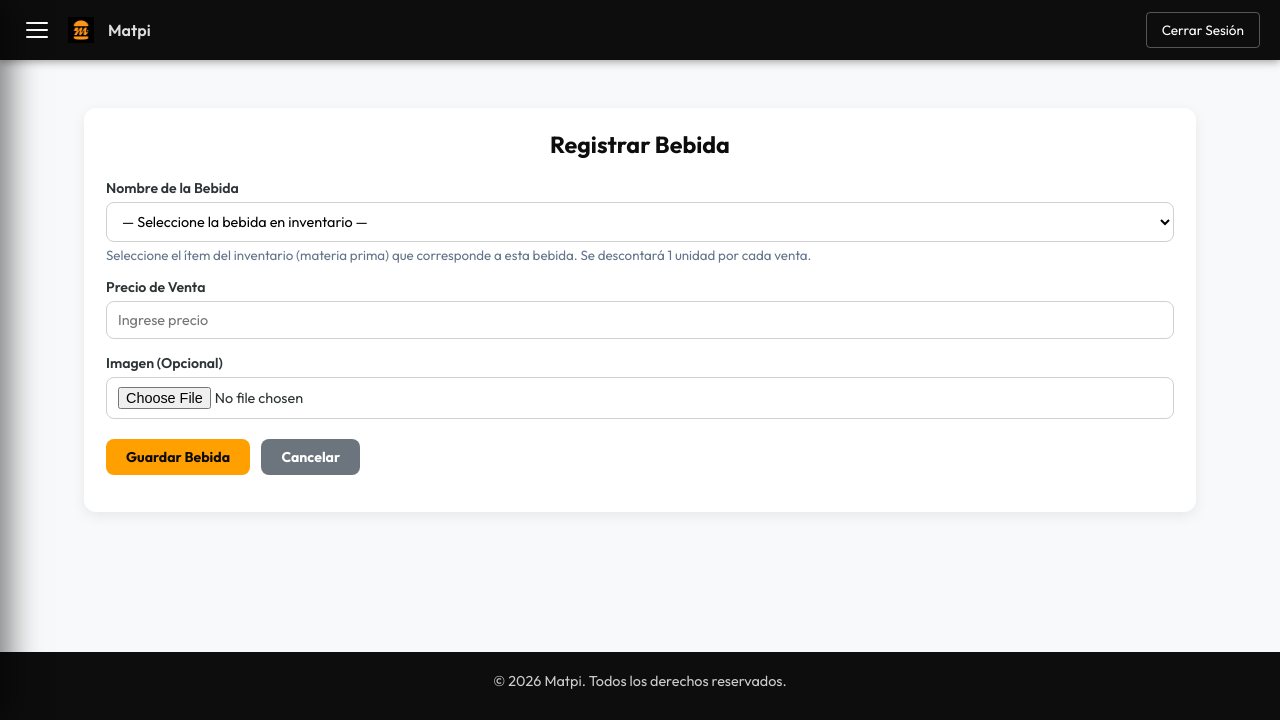
Repository: JuanFelipeNieto/MATPI-Python
Page: MATPI/productos/templates/productos/registrar_bebida.html
An editor plug-in stored every save of this project. The page is shown before and after the next save, followed by the edit.
The browser window is 1280 px wide. The pictures show the whole page.
The template is drawn by Django 5.2. The application's start-up code is not run. The template is opened directly, without the code that normally fills it, so the values that code supplies are empty.

Above is the page before, as saved 2026-03-19 08:20:58.

After the next save:
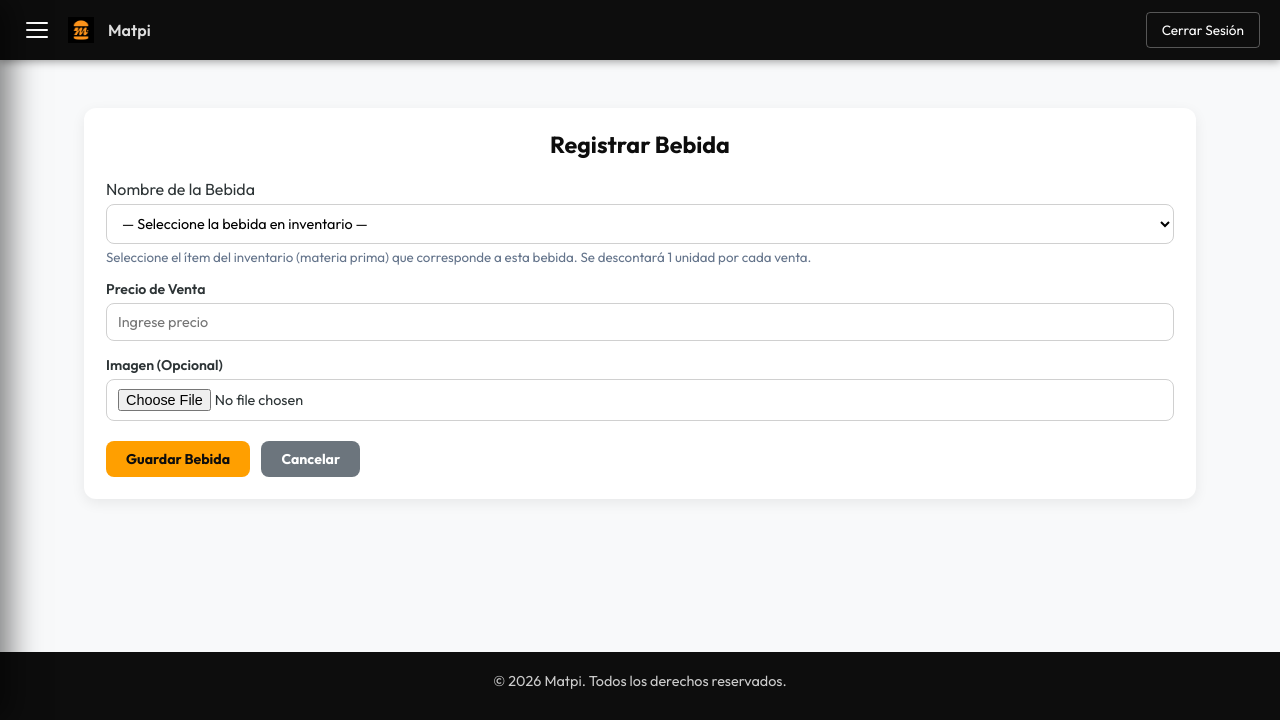
Saved 4 s later.
--- a/MATPI/productos/templates/productos/registrar_bebida.html
+++ b/MATPI/productos/templates/productos/registrar_bebida.html
@@ -12,7 +12,7 @@
         <!-- Categoría fija para Bebidas -->
         <input type="hidden" name="txt_categoria" value="Bebidas">
 
-        <div class="form-group">
+
             <label for="txt_nombre">Nombre de la Bebida</label>
 
         <div class="form-group">
